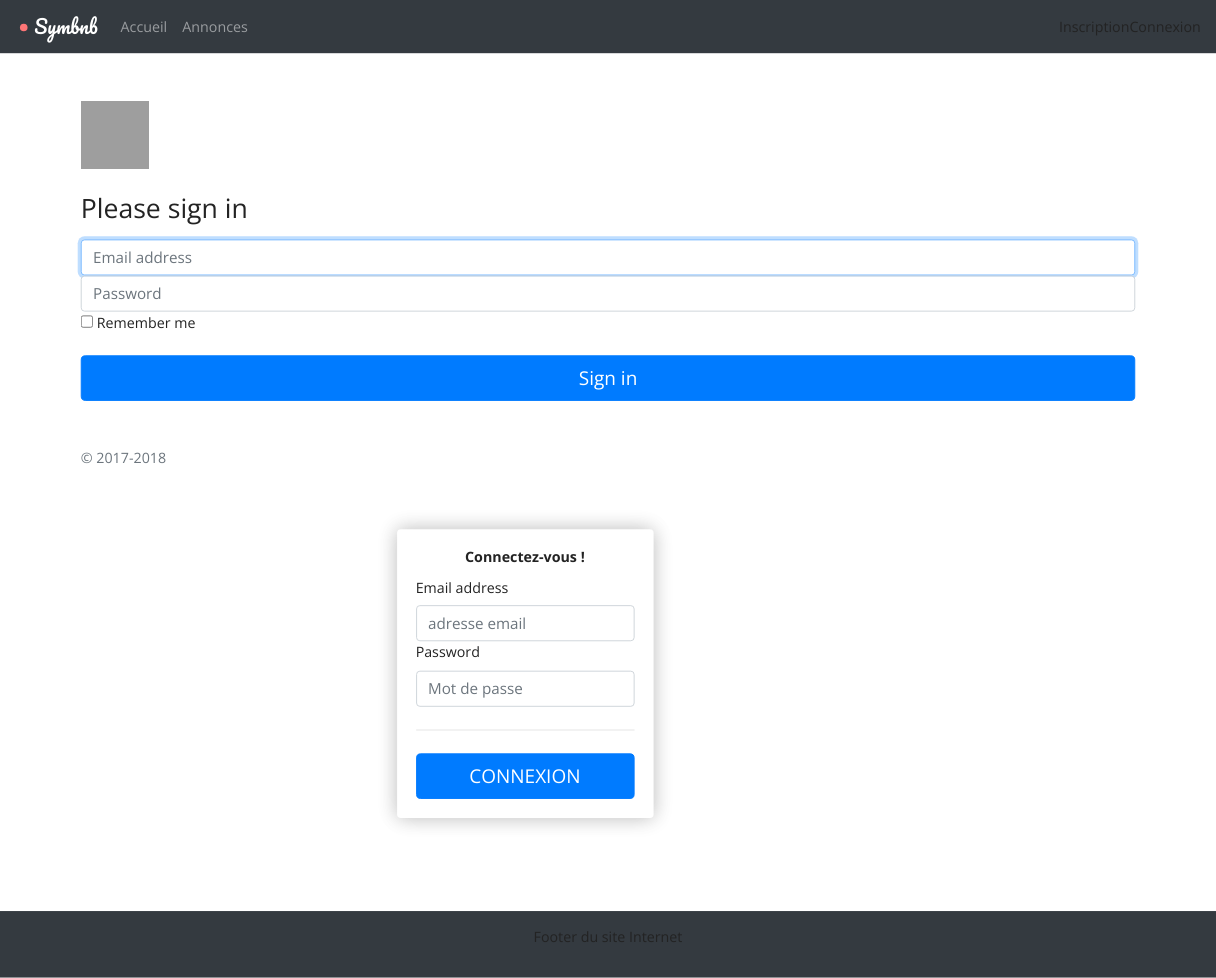
Repository: buzzEclair/symbnb
Page: templates/account/login.html.twig
These files come from the project's save history. The page is drawn as it stood at one moment and after the next save; the edit follows.
The browser window is 1280 px wide. The pictures show the whole page, at 95% of full size.
Pictures or frames that could not be fetched are drawn as grey boxes. The page is a Twig template of a Symfony application; nobody is signed in and links lead nowhere. The template is opened directly, without the code that normally fills it, so the values that code supplies are empty.

Above is the page before, as saved 2019-03-15 14:04:25.

### templates/account/login.html.twig
{% extends 'base.html.twig' %}

{% block title %}Login!{% endblock %}

{% block body %}
<div class="container">
        <form class="form-signin">
                <img class="mb-4" src="https://getbootstrap.com/docs/4.0/assets/brand/bootstrap-solid.svg" alt="" width="72" height="72">
                <h1 class="h3 mb-3 font-weight-normal">Please sign in</h1>
                <label for="inputEmail" class="sr-only">Email address</label>
                <input type="email" id="inputEmail" class="form-control" placeholder="Email address" required="" autofocus="">
                <label for="inputPassword" class="sr-only">Password</label>
                <input type="password" id="inputPassword" class="form-control" placeholder="Password" required="">
                <div class="checkbox mb-3">
                  <label>
                    <input type="checkbox" value="remember-me"> Remember me
                  </label>
                </div>
                <button class="btn btn-lg btn-primary btn-block" type="submit">Sign in</button>
                <p class="mt-5 mb-3 text-muted">© 2017-2018</p>
              </form>
    <div class="row">
        <div class="col-sm-9 col-md-7 col-lg-5 mx-auto">
            <div class="card card-signin my-5">
            <div class="card-body">
                <h5 class="card-title text-center">Connectez-vous !</h5>

                {% if hasError %}
                    <div class="alert alert-danger">Une erreur est survenue, le nom d'utilisateur est invalide</div>
                {% endif %}

                <form class="form-signin" action="{{ path('account_login') }}" method="POST">
                <div class="form-label-group">
                    <label for="email">Email address</label>

                    <input type="text" class="form-control" name="_username" id="email" placeholder="adresse email" required autofocus value={{username}}>
                </div>

                <div class="form-label-group">
                    <label for="password">Password</label>
                    <input type="password" name="_password" id="password" placeholder="Mot de passe" class="form-control" required >

                </div>

                <hr class="my-4">
                <button class="btn btn-lg btn-primary btn-block text-uppercase" type="submit">Connexion</button>
                </form>
            </div>
            </div>
        </div>
    </div>
</div>
{% endblock %}

### templates/base.html.twig
<!DOCTYPE html>
<html>
    <head>
        <meta charset="UTF-8">
        <title>{% block title %}Welcome!{% endblock %}</title>
        <link rel="stylesheet" href="/css/bootstrap.min.css">
        <link rel="stylesheet" href="https://use.fontawesome.com/releases/v5.7.2/css/all.css" integrity="sha384-fnmOCqbTlWIlj8LyTjo7mOUStjsKC4pOpQbqyi7RrhN7udi9RwhKkMHpvLbHG9Sr" crossorigin="anonymous">
        <link href="https://fonts.googleapis.com/css?family=Open+Sans:400,600,700" rel="stylesheet">
        <link href="https://fonts.googleapis.com/css?family=Pacifico" rel="stylesheet">

        <link rel="stylesheet" href="/css/base.css">
        {% block stylesheets %}{% endblock %}
    </head>
    <body>

        {% include 'partials/header.html.twig' %}


        {% block body %}{% endblock %}
        {% include 'partials/footer.html.twig' %}
        <script src="/js/jquery.min.js"></script>
        <script src="/js/popper.min.js"></script>
        <script src="/js/bootstrap.min.js"></script>
        {% block javascripts %}{% endblock %}
    </body>
</html>

### templates/partials/header.html.twig
<nav class="navbar navbar-expand-md navbar-dark bg-dark">
    <a class="navbar-brand logo" href="{{path('homepage')}}"><span class="round-logo"></span>Symbnb</a>


    {% if is_granted('ROLE_ADMIN') %}
    <a href="{{path('admin_dashboard')}}">Dashboard</a>
    {% endif %}
    <button class="navbar-toggler" type="button" data-toggle="collapse" data-target="#navbarColor01" aria-controls="navbarColor01" aria-expanded="false" aria-label="Toggle navigation">
        <span class="navbar-toggler-icon"></span>
    </button>

    <div class="collapse navbar-collapse" id="navbarColor01">
        <ul class="navbar-nav mr-auto">
            <li class="">
                <a class="nav-link" href="{{path('homepage')}}">Accueil </a>
            </li>
            <li class="">
                <a class="nav-link" href="{{path('ads_index')}}">Annonces </a>
            </li>
        </ul>

        <ul class="navbar-nav ml-auto">
            {% if app.user %}
            <div class="dropdown">
                <button class="btn btn-dark dropdown-toggle btn-sm" type="button" id="dropdownMenuButton" data-toggle="dropdown" aria-haspopup="true" aria-expanded="false">
                    <img src="{{ app.user.picture }}" alt="{{ app.user.slug }}" class="rounded-circle user-avatar-nav" > {{app.user.firstName}}
                </button>
                <div class="dropdown-menu dropdown-menu-right dropdown-account" aria-labelledby="dropdownMenuButton ">
                    <a class="dropdown-item" href="{{ path('account_index') }}"><i class="fas fa-user-circle"></i> Mon compte</a>
                    <div class="dropdown-divider"></div>
                    <a class="dropdown-item" href="{{ path('ads_create') }}"><i class="fas fa-list-alt"></i> Créer une annonce</a>
                    <a class="dropdown-item" href="{{ path('account_bookings') }}"><i class="fas fa-book"></i> Mes réservations</a>
                    <a class="dropdown-item" href="{{ path('account_profile') }}"><i class="fas fa-info-circle"></i> Modifier mes informations</a>
                    <a class="dropdown-item" href="{{ path('account_update_password') }}"><i class="fas fa-key"></i> Changer de mot de passe</a>

                    <div class="dropdown-divider"></div>
                    <a class="dropdown-item" href="{{ path('account_logout') }}"><i class="fas fa-times-circle"></i> Logout</a>
                </div>
            </div>
            {% else %}
                <li class="nav-item">
                    <a href="{{ path('account_register') }}">Inscription</a>
                </li>
                <li class="nav-item">
                    <a href="{{ path('account_login') }}">Connexion</a>
                </li>
            {% endif %}

        </ul>

    </div>
</nav>

{% for label, messages in app.flashes %}
    <div class="container">
        <div class="alert alert-{{label}}">
            {% for message in messages %}
                <p>{{ message | raw }}</p>
            {% endfor %}
        </div>
    </div>
{% endfor %}

### templates/partials/footer.html.twig
<footer class="mt-5 bg-dark py-3 text-center mt-5">
    <p>Footer du site Internet</p>
</footer>

### public/css/base.css
body, a{
    color: #232323;
    font-family: 'Open Sans', sans-serif;
    font-size: 15px;
}

.logo{
    font-family: 'Pacifico', cursive;
    font-size: 20px;
    position: relative;
    margin-left: 20px;
}

.logo::before{
    content: '';
    position: absolute;
    width: 8px;
    height: 8px;
    border-radius: 100%;
    background: #fe7576;
    margin-top: 12px;
    margin-left: -15px;;
}

ul{
    padding: 0;
}

ul li{
    list-style: none;
}
.card-parameter-stars i{
    color: #008489;
    font-size: 12px;
    letter-spacing: -3px;
}

.datepicker table tr td.disabled{
    color: crimson !important;
    background: rgba(0, 0, 0, 0.815);
}

.container{
    margin-top: 50px;
}

.card{
    max-width: 270px;
    border: none;
    margin-bottom: 50px !important;
    box-shadow: 1px 1px 21px 0 rgba(0,0,0,0.14), -1px -1px 21px 0 rgba(0,0,0,0.14);
    transition-duration: 0.5s;
}

.card h6{
   font-size: 13px;
   font-weight: 600;
}

.card h5{
   font-size: 15px;
   font-weight: 900;
}

.card-ad img{
    min-height: 160px;
}

.card:hover{
    box-shadow: 1px 1px 21px rgba(254,117,118,0.4), -1px -1px 21px 0 rgba(254,117,118,0.4);
}

.card-info-1{
    font-size: 13px;
}

.card-info-2{
    font-size: 13px;
    font-weight: 600;
    margin-bottom: 0;
}

a:hover{
    text-decoration: none;
    color: #232323;
}

.title-page-header{
    margin-bottom: 40px;
}

.user-avatar-nav{
    width: 30px;
    margin-right: 5px;
}

.dropdown-account i {
    color: #008489;
}

.block-profile{
    box-shadow: 1px 1px 21px 0 rgba(0, 0, 0, 0.062), -1px -1px 21px 0 rgba(0, 0, 0, 0.062);
    border-radius: 4px;
    padding: 10px;
    margin-bottom: 30px;
}

.block-profile p{
    margin-bottom: 5px;
}

.block-profile .booking-profile .booking-profile-ligne{
    background: #f3f3f3;
    height: 80px;
    width: 100%;
    border-radius: 4px;
    display: flex;
    align-items: center;
    margin-bottom: 5px;
    margin-top: 5px;
}

.block-profile .booking-profile .booking-profile-ligne img{
    width: 60px;
    height: 60px;
    border-radius: 100%;
}

.block-profile .booking-profile .booking-profile-ligne .info-booking-profile{
    font-size: 11px;
    display: flex;
    flex-direction: column;
}

.block-profile .booking-profile .booking-profile-ligne .info-booking-profile span{
    margin-left: 10px;
}

.block-profile .booking-profile .booking-profile-ligne .info-booking-profile a{
    font-size: 10px;
    background: #fe7576;
    color: white;
}

.block-profile .ad-profile a img{
    width: 100px;
    height: 100px;
    border-radius: 100%;

}
.block-profile .ad-profile p{
    font-size: 13px;
    color: #008489;
}

.profile-option li{
    margin-top: 20px;
    font-size: 12px;
}

.ad-content{
    margin-top: 50px;
}

.ad-info h5{
    font-size: 15px;
    font-weight: 600;
}

.ad-info h4{
    font-size: 25px;
    font-weight: 900;
}

.ad-info h6{
    font-size: 15px;
}

.img-ad{
    padding:0;
}

.img-ad img{
   width: 100%;
}

.card-booking{
    max-width: 100%;
}

.card-booking .img-ad-user{
    height: 45px;
    border-radius: 100%;
}

span.price-booking{
    font-size: 21px;
    font-weight: 900;
}

.card-booking-stars{
    font-size: 13px;
}
.card-booking-stars .param-booking-stars i{
    color: #008489;
    font-size: 10px;
    letter-spacing: -3px;
}

.card-parameter-vote{
    margin-left: 5px;
}

.btn-booking{
    display: block;
    background: #fe7576;
    height: 42px;
    width: 80%;
    color: white;
    text-align: center;
    line-height: 40px;
}

.btn-booking:hover{
    color: white;
}
.media-comment{
    margin-bottom: 20px;
}
.media-comment img{
    width: 64px;
}

.media-comment h5{
    font-size: 15px;
}

.media-comment i{
    font-size: 11px;
    letter-spacing: -3px;
    color: #008489;
}

.media-body{
    background: #c4dedf;
    padding: 5px;
    border-radius: 4px;
}

.card-ad{
    margin: 0 auto;
}

Loaded but not shown: public/css/bootstrap.min.css (library); public/js/jquery.min.js (library); public/js/popper.min.js (library); public/js/bootstrap.min.js (library)

After the next save:
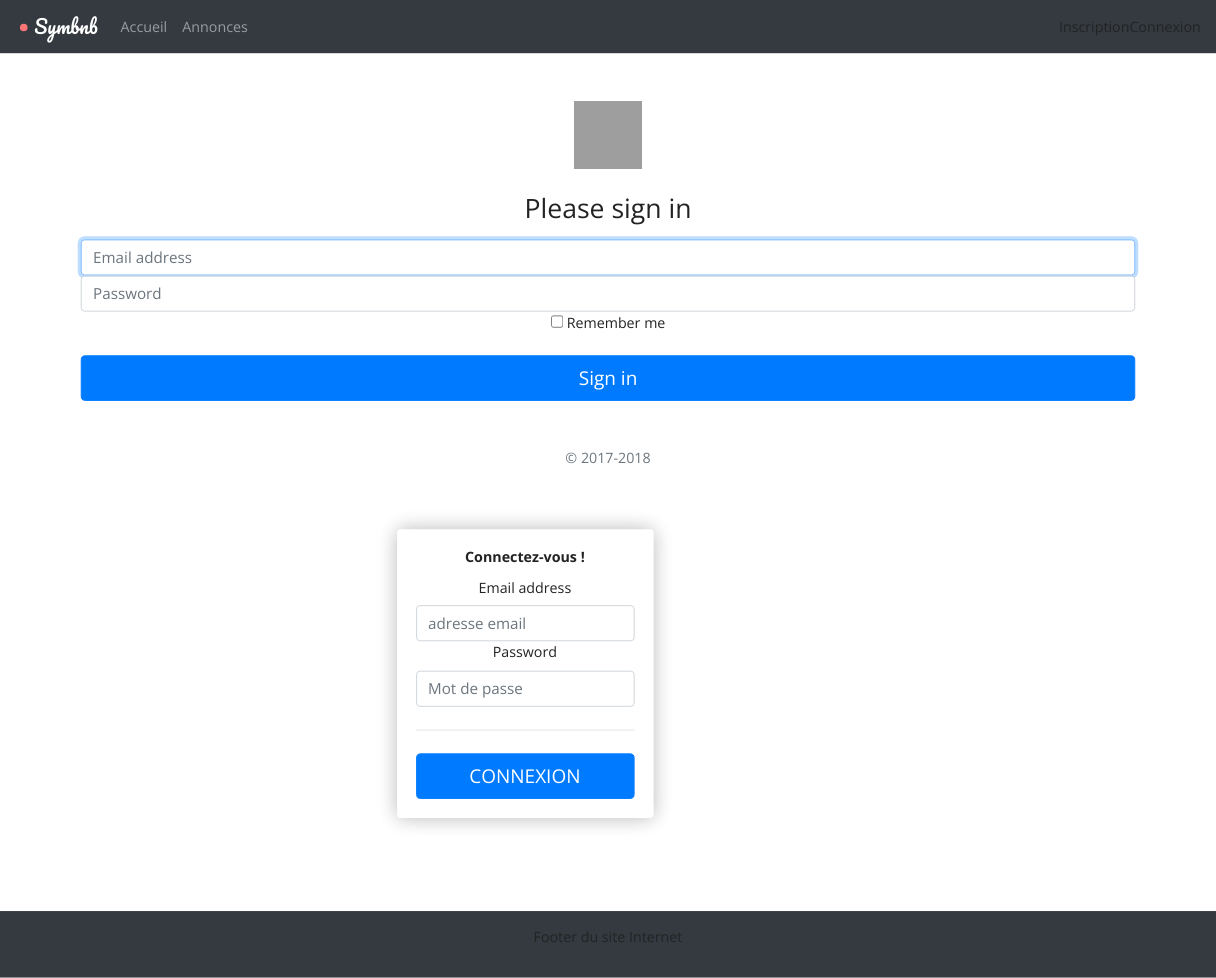
Saved 18 s later.
--- a/templates/account/login.html.twig
+++ b/templates/account/login.html.twig
@@ -3,7 +3,7 @@
 {% block title %}Login!{% endblock %}
 
 {% block body %}
-<div class="container">
+<div class="container text-center">
         <form class="form-signin">
                 <img class="mb-4" src="https://getbootstrap.com/docs/4.0/assets/brand/bootstrap-solid.svg" alt="" width="72" height="72">
                 <h1 class="h3 mb-3 font-weight-normal">Please sign in</h1>
